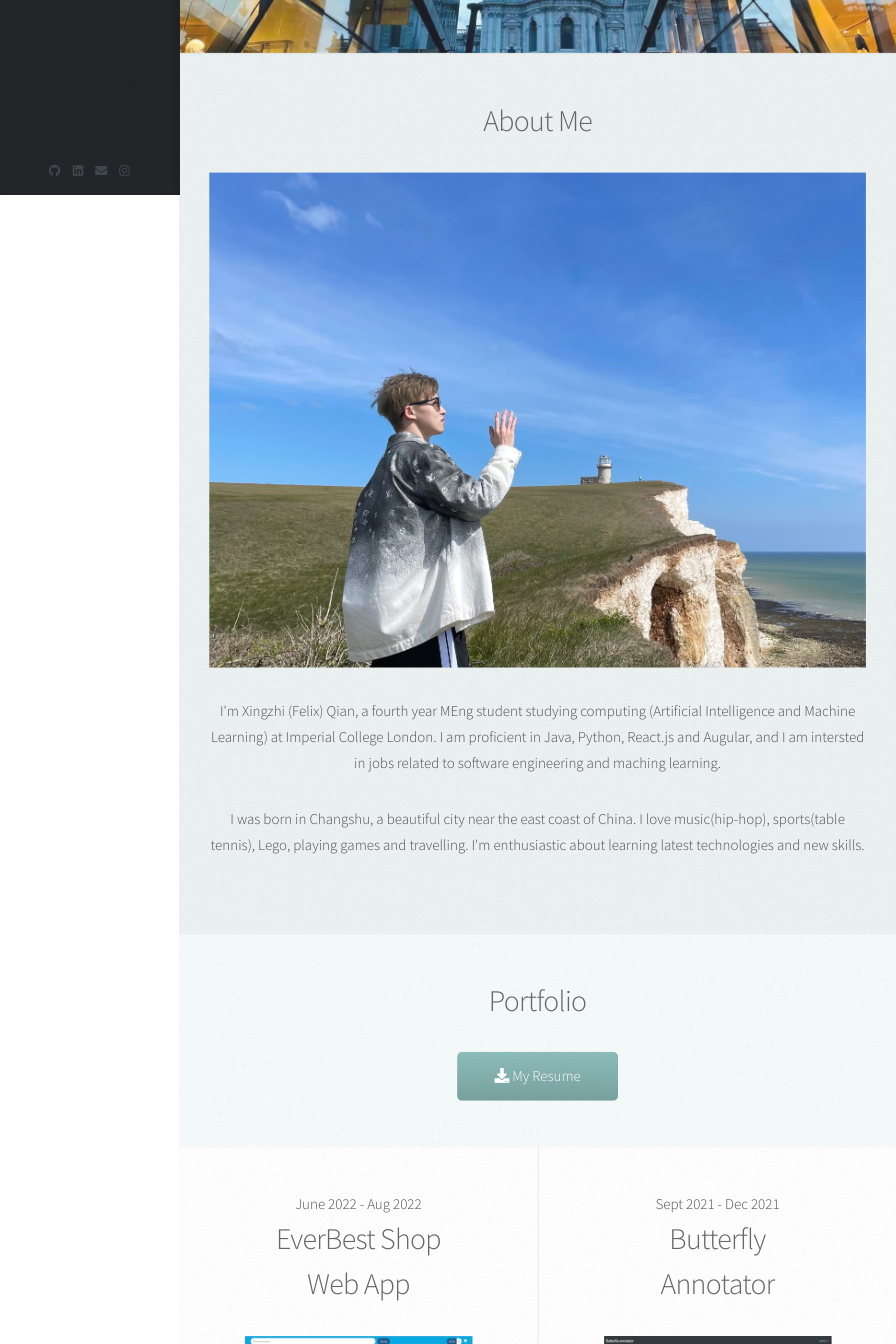
Repository: Felixqxz/Felixqxz.github.io
Page: index.html
An editor plug-in stored every save of this project. The page is shown before and after the next save, followed by the edit.
The browser window is 1280 px wide. The pictures show the part of the page from y = 442 to 2362 px (the page is 5760 px tall before and 5353 px after), at 70% of full size.

Above is the page before, as saved 2022-08-07 20:01:07.

After the next save:
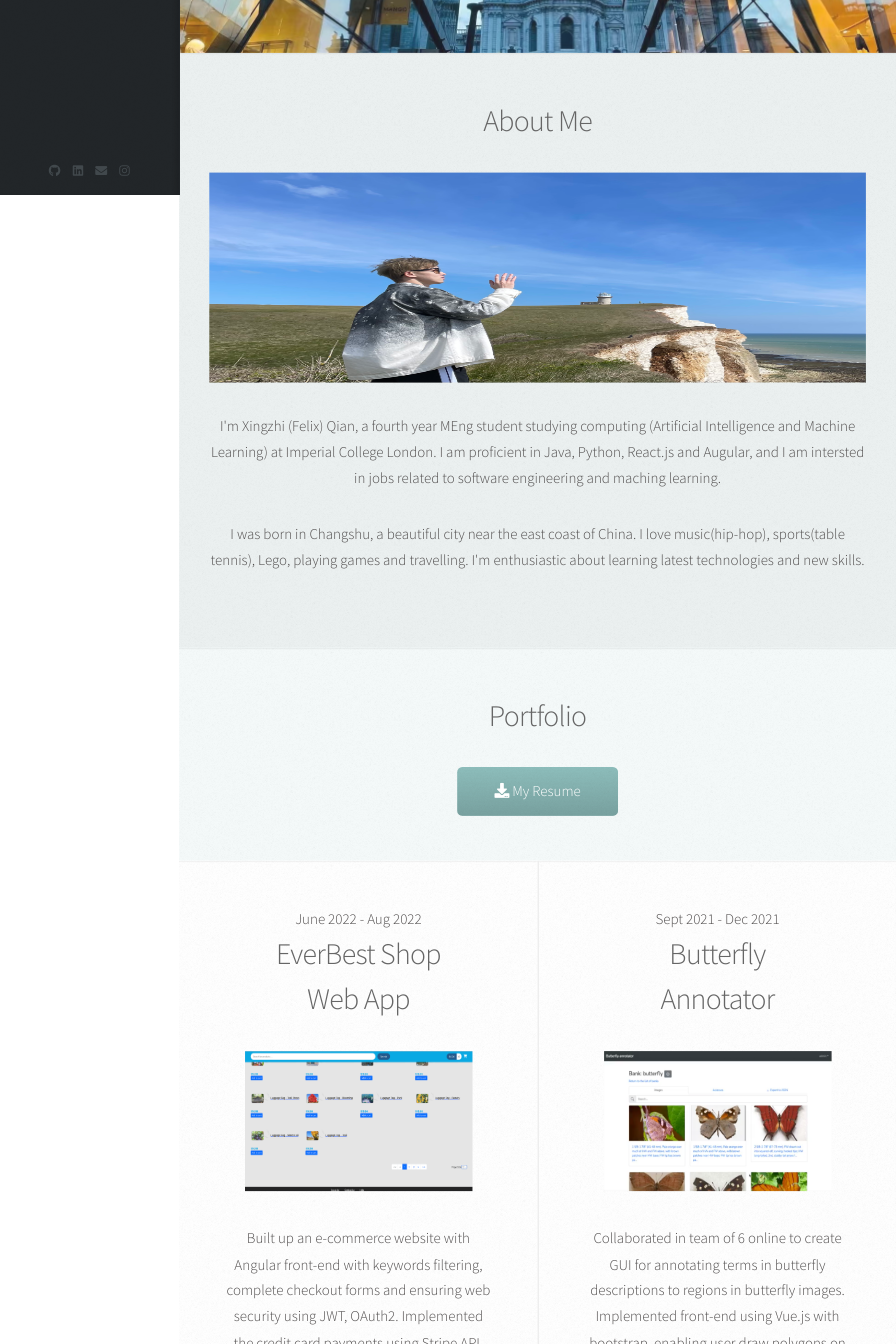
Saved 18 s later.
--- a/index.html
+++ b/index.html
@@ -80,7 +80,7 @@
 								<h2>About Me</h2>
 							</header>
 
-							<a href="#" class="image featured"><img src="images/photo.jpeg" height="50%" width="50%" alt="" /></a>
+							<a href="#" class="image featured"><img src="images/photo.jpeg" height="300" width="50%" alt="" /></a>
 
 							<p>I'm Xingzhi (Felix) Qian, a fourth year MEng student studying computing (Artificial Intelligence and Machine Learning)
 								at Imperial College London. I am proficient in Java, Python, React.js and Augular, and I am intersted in jobs related to software engineering
